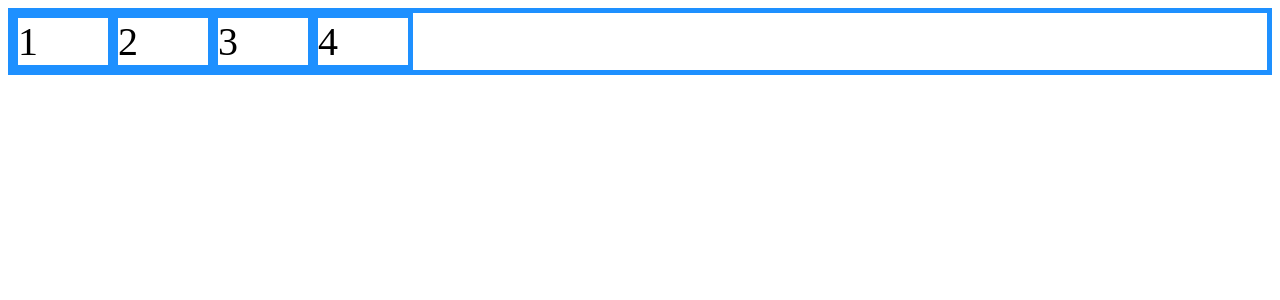
Repository: eversonps/flexbox-grid-css
Page: flexbox/flexbox3.html
An editor plug-in stored every save of this project. The page is shown before and after the next save, followed by the edit.
The browser window is 1280 px wide. The pictures show the whole page.

Above is the page before, as saved 2022-03-23 15:59:17.

### flexbox/flexbox3.html
<!DOCTYPE html>
<html>

<head>
    <meta charset="UTF-8">
    <title>Flexbox #03</title>
    <style>
        div {
            border: solid 5px dodgerblue;
            font-size: 40px;
        }

        .flex-container div {
            box-sizing: border-box;
        }

        .flex-container{
            display: flex;
            flex-direction: row;
        }

        .flex-container div{
            flex-basis: 100px;
            width: 200px;
        }

        .flex-container div:nth-child(4){

        }
    </style>
</head>

<body>
    <div class="flex-container">
        <div>1</div>
        <div>2</div>
        <div>3</div>
        <div>4</div>
    </div>
</body>

</html>

After the next save:
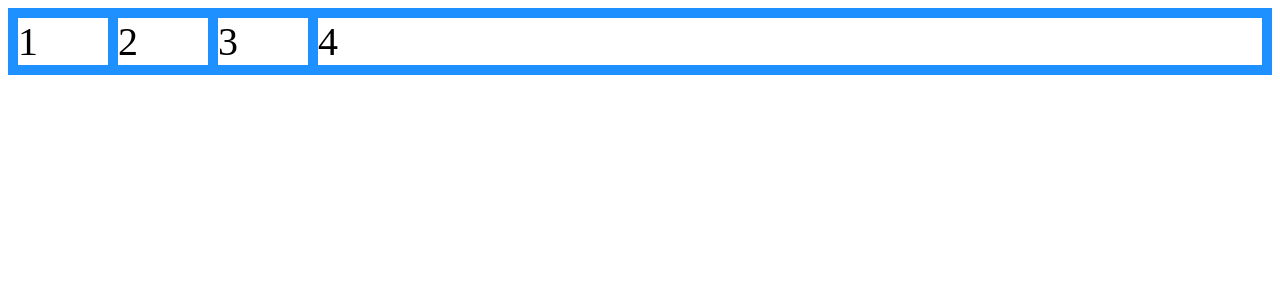
Saved 41 s later.
--- a/flexbox/flexbox3.html
+++ b/flexbox/flexbox3.html
@@ -25,7 +25,8 @@
         }
 
         .flex-container div:nth-child(4){
-
+            /* grow shrink basis */
+            flex: 3 6 100px;
         }
     </style>
 </head>
